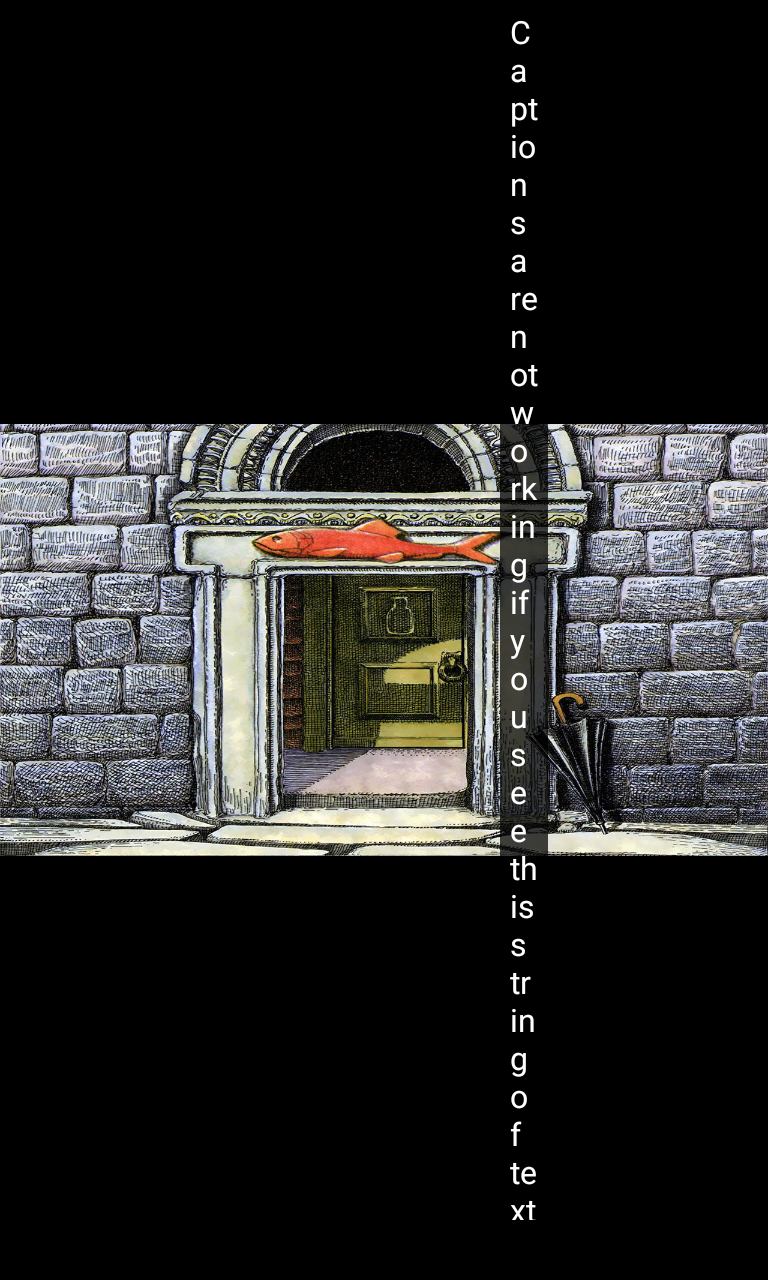
Repository: RandyLedbetter/maze
Layout: MazeTest/res/layout/activity_main.xml
These files come from the project's save history. The layout is drawn as it stood at one moment and after the next save; the edit follows.
It is drawn on a 768 x 1280 px phone screen (xhdpi) without system bars, with theme android:Theme.NoTitleBar.Fullscreen; the app's code is not run.

Above is the layout before, as saved 2014-04-12 14:17:19.

After the next save:
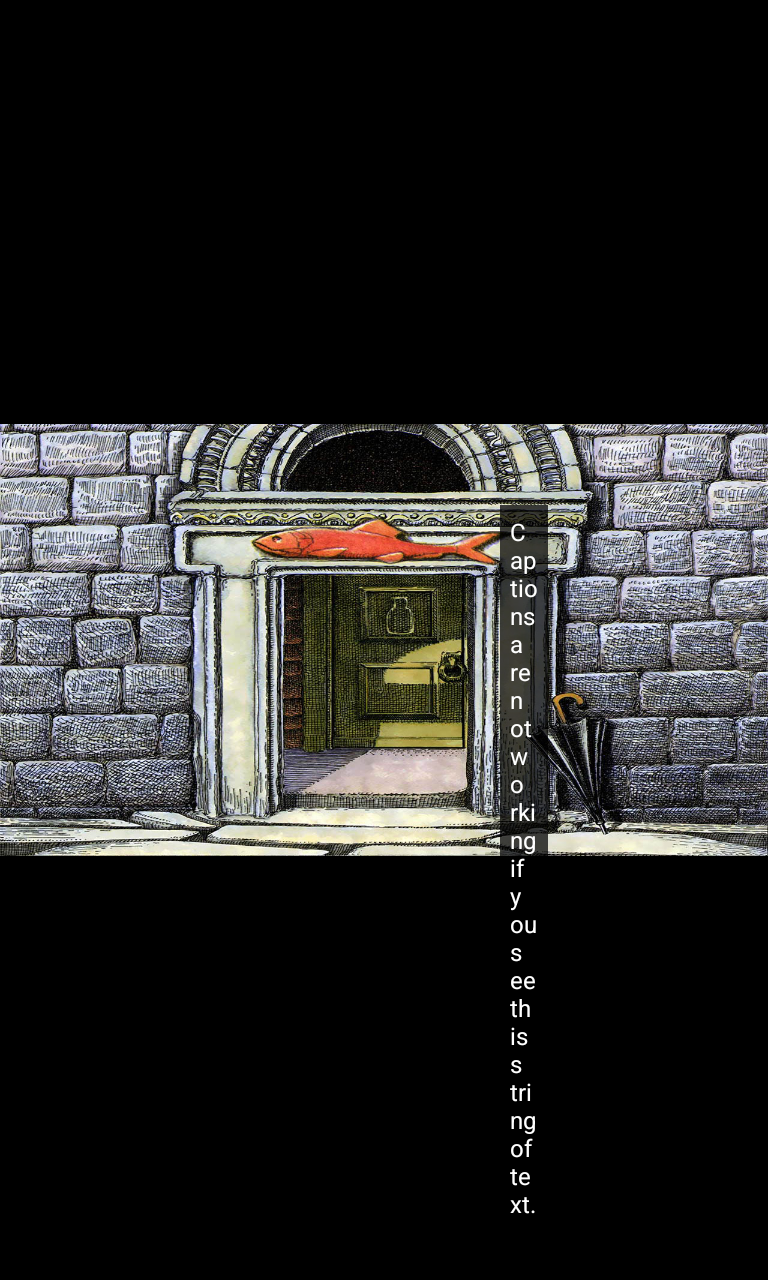
Saved 17 s later.
--- a/MazeTest/res/layout/activity_main.xml
+++ b/MazeTest/res/layout/activity_main.xml
@@ -31,7 +31,7 @@
       android:layout_marginRight="110dp"
       android:layout_marginBottom="25dp"
       android:background="#BB000000"
-      android:textSize="16sp"
+      android:textSize="12dp"
       android:textColor="#FFFFFF"
       android:padding="5dp"
       android:typeface="sans"
